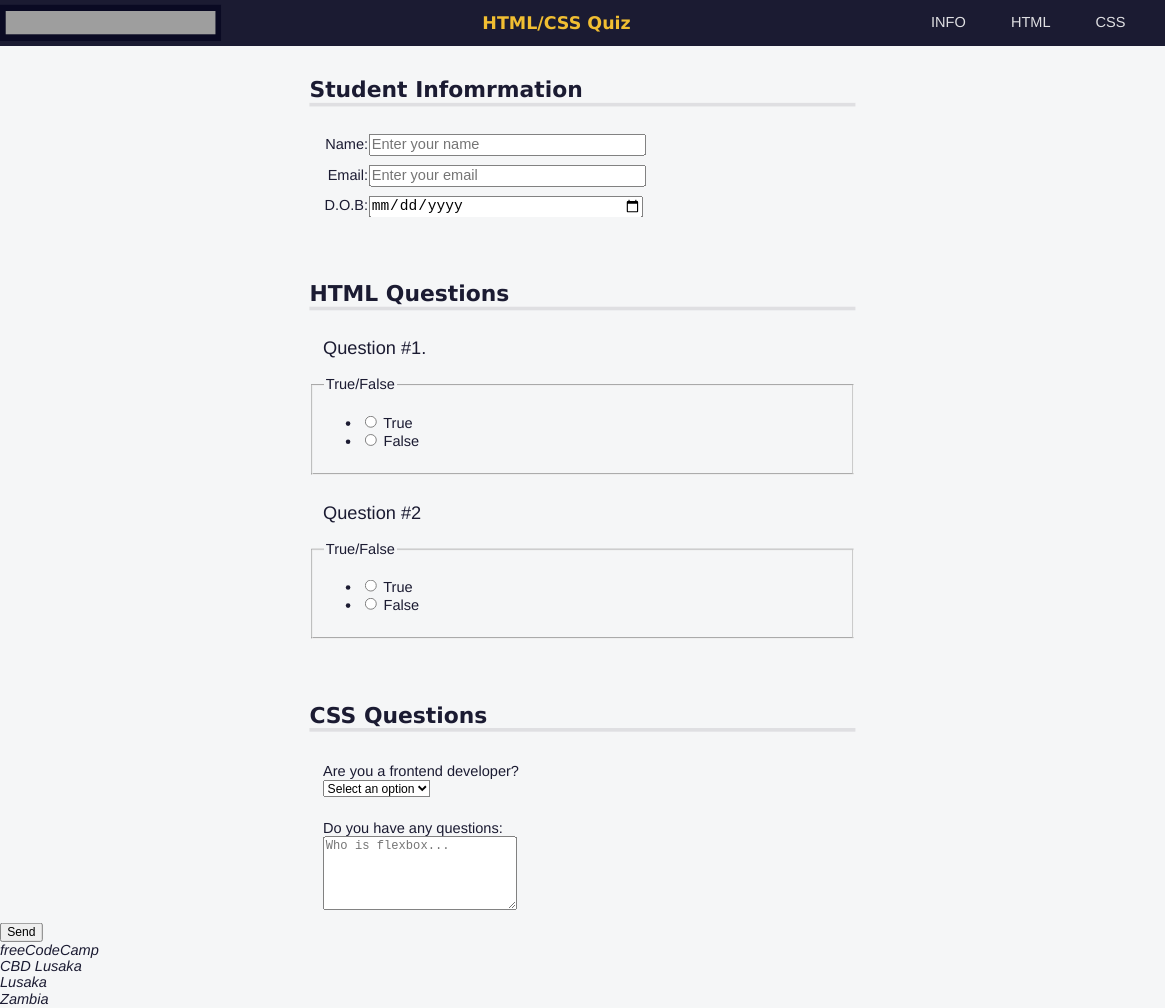
Repository: Lungdjos/accessibility_build_quiz
Page: index.html
These files come from the project's save history. The page is drawn as it stood at one moment and after a run of saves; the edit follows.
The browser window is 1280 px wide. The pictures show the whole page, at 91% of full size.
Pictures or frames that could not be fetched are drawn as grey boxes.

Above is the page before, as saved 2023-10-30 09:38:00.

After the next 2 saves:
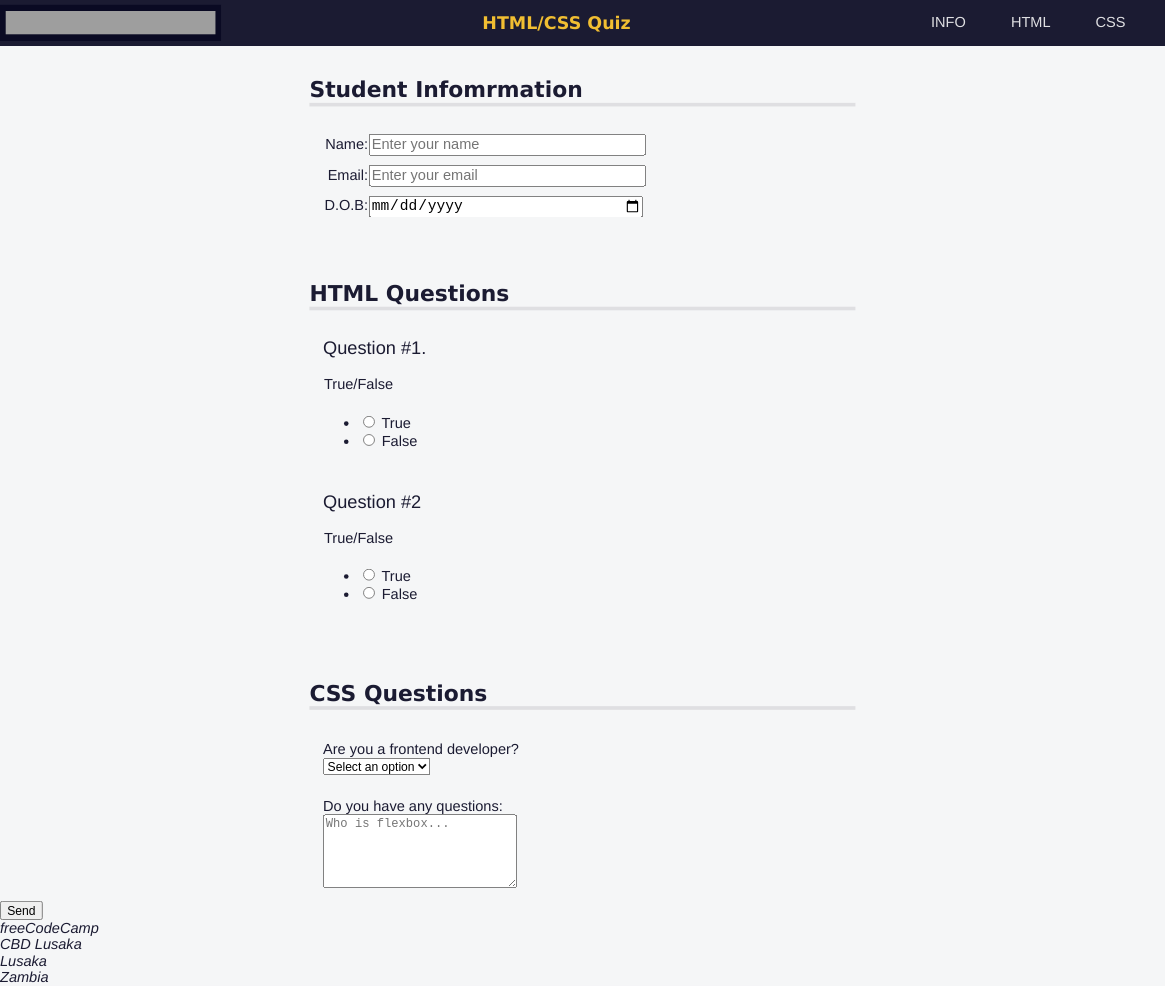
The 2 saves are shown as one change because they came seconds apart.
The last was saved 7 s later.
--- a/styles.css
+++ b/styles.css
@@ -121,7 +121,8 @@ section {
 
 .question {
     /* border-radius: 5px; */
-    border padding-bottom: 0;
+    border: none;
+    padding-bottom: 0;
 }
 
 .info {
